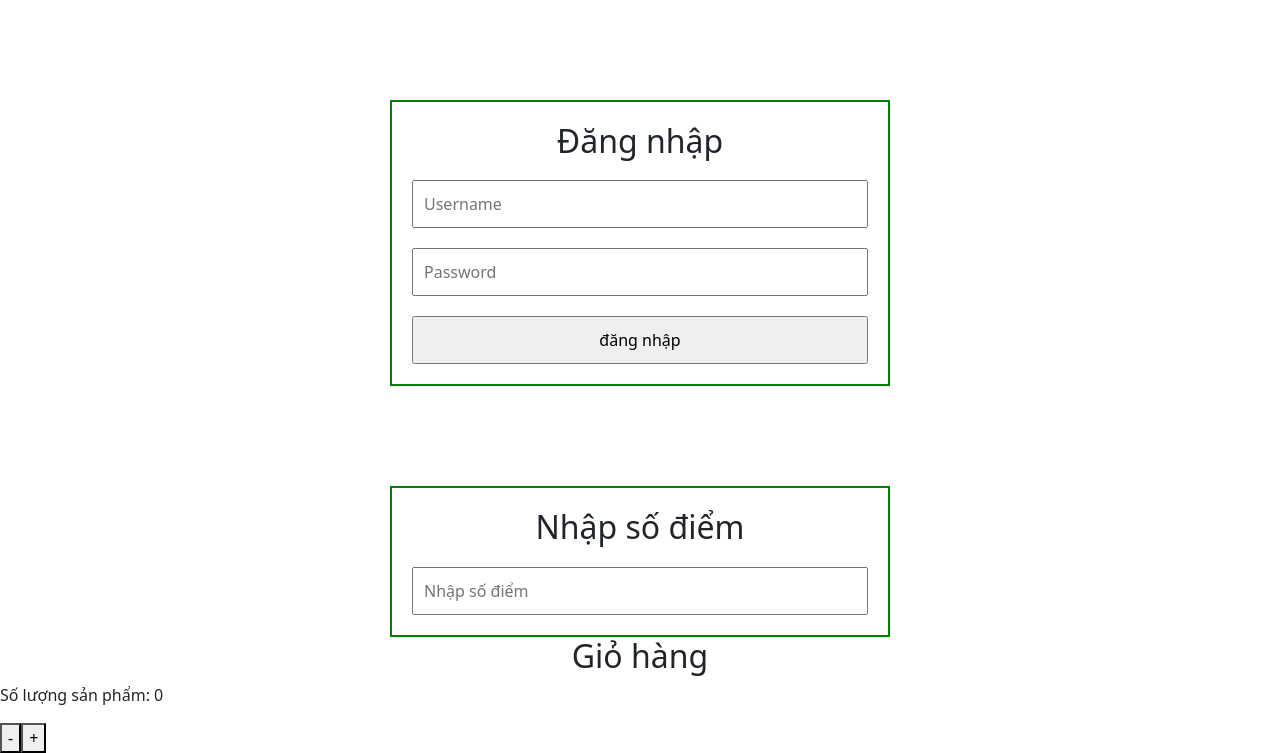
Repository: Phong-poor/frontendframework
Page: / (app in vue-lab-asm/)
The author's editor kept a copy of each file at every save. The page is drawn from the files as they stood at one save, then again after the next save.
The browser window is 1280 px wide. The pictures show the whole page.
The project was rebuilt for these pictures with package versions that can differ from the ones it lists, and the page was loaded fresh each time. Also part of the build but not shown: vue-lab-asm/vite.config.js, vue-lab-asm/src/components/Lab1.vue, vue-lab-asm/src/components/product.vue, vue-lab-asm/src/components/Dangnhap.vue, vue-lab-asm/src/components/NotFound.vue, vue-lab-asm/src/components/Dangky.vue, vue-lab-asm/src/components/admin.vue, vue-lab-asm/src/components/admin-category.vue.

Above is the page before, as saved 2025-10-07 18:43:13.

After the next save:
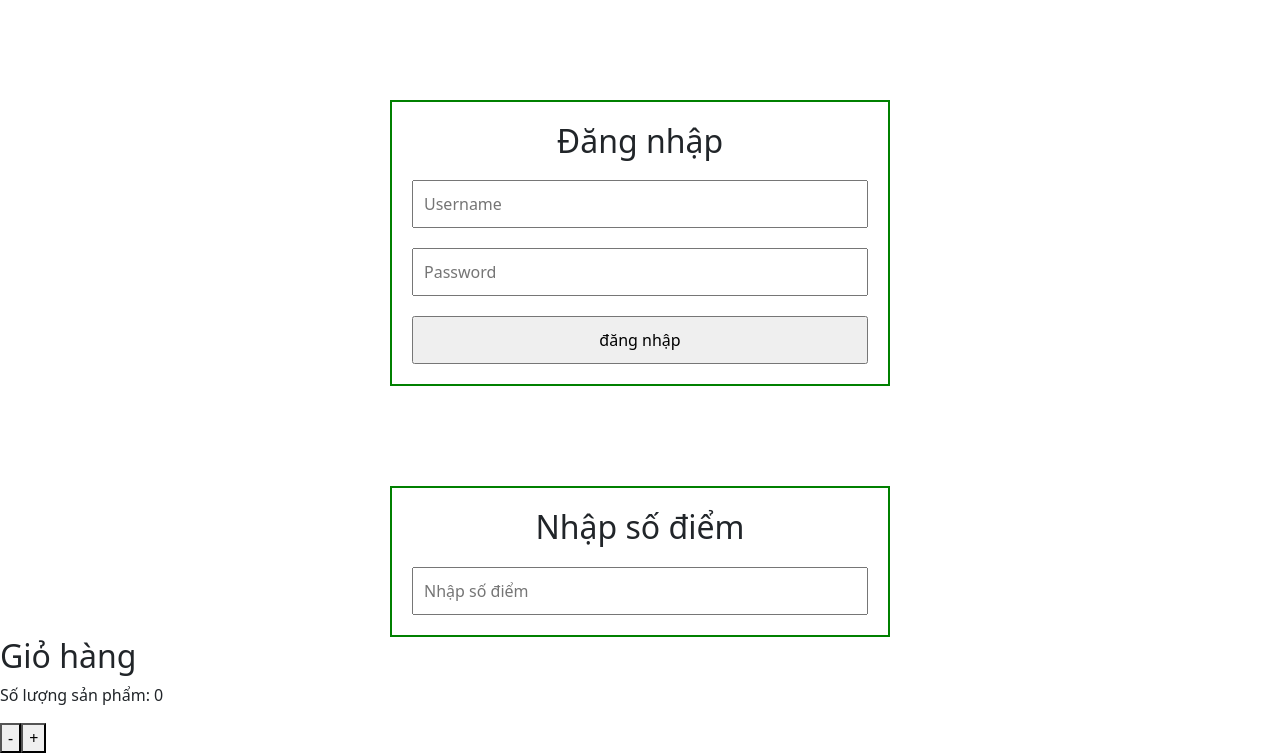
Saved 22 s later.
--- a/vue-lab-asm/src/components/Lab2.vue
+++ b/vue-lab-asm/src/components/Lab2.vue
@@ -90,7 +90,7 @@ form input {
     margin-top: 20px;
     padding: 10px;
 }
-h2{
+form h2{
     text-align: center;
 }
 .success {
